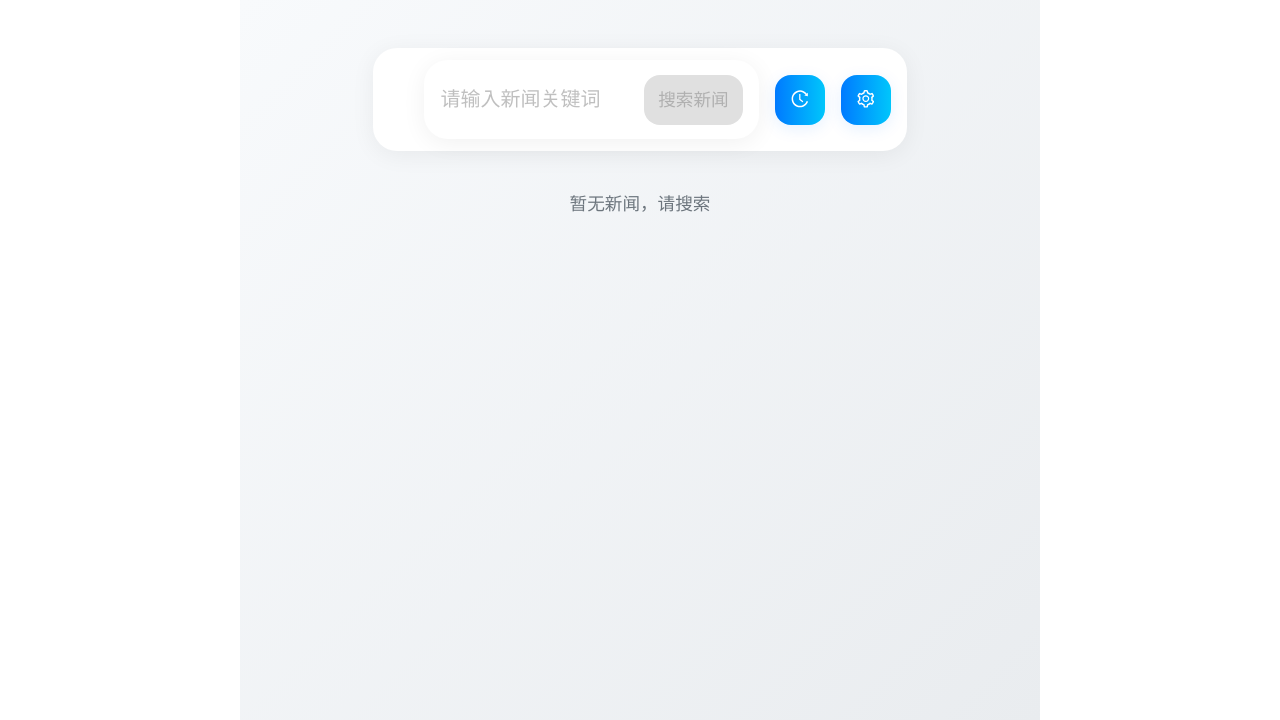
Repository: XJN7197/NewsAssistantBaseMCP
Page: / (app in frontend/)
The author's editor kept a copy of each file at every save. The page is drawn from the files as they stood at one save, then again after the next save.
The browser window is 1280 px wide. The pictures show the whole page.
The project was rebuilt for these pictures with package versions that can differ from the ones it lists, and the page was loaded fresh each time. Also part of the build but not shown: frontend/vite.config.ts, frontend/src/components/NewsCard.tsx.

Above is the page before, as saved 2025-05-25 19:54:42.

### frontend/src/App.tsx
import { useState } from 'react'
import Home from './pages/Home'
import './App.css'

function App() {

  return (
    <>
      <Home/>
    </>
  )
}

export default App

### frontend/src/pages/Home.module.css
.home-container {
  height: 100vh;
  width: 800px;
  background: linear-gradient(135deg, #f8fafc 0%, #e9ecef 100%);
  display: flex;
  flex-direction: column;
  align-items: center;
  padding: 48px 0 48px 0; /* 调整了上下padding，左右padding设为0，因为内容区会通过max-width控制 */
  font-family: -apple-system, BlinkMacSystemFont, "Segoe UI", Roboto, "Helvetica Neue", Arial, "PingFang SC", "Hiragino Sans GB", "Microsoft YaHei", sans-serif;
}

.search-bar {
  display: flex;
  justify-content: flex-end;
  align-items: center;
  gap: 16px;
  position: sticky;
  top: 0;
  z-index: 1;
  background: #fff;
  border-radius: 24px;
  box-shadow: 0 4px 24px 0 rgba(0,0,0,0.06);
  padding: 12px 16px; /* 减小整体内边距 */
  width: 66.66%;
  max-width: none;
}

.search-bar input[type="text"] {
  flex: 1;
  border: none;
  outline: none;
  font-size: 1.25rem;
  background: transparent;
  color: #222;
  padding: 8px 12px; /* 调整输入框内边距 */
  margin: 0;
  box-sizing: border-box;
  border-radius: 8px; /* 添加圆角 */
  transition: background 0.2s;
}

/* 添加输入框悬停效果 */
.search-bar input[type="text"]:hover,
.search-bar input[type="text"]:focus {
  background: rgba(0, 0, 0, 0.02);
}
.search-bar button {
  height: 50px;
  background: linear-gradient(90deg, #007aff 0%, #00c6fb 100%);
  color: #fff;
  border: none;
  border-radius: 16px; /* 更大的圆角 */
  padding: 14px 36px; /* 增加了按钮padding */
  font-size: 1.1rem; /* 稍大字体 */
  font-weight: 500;
  cursor: pointer;
  transition: background 0.2s, box-shadow 0.2s;
  box-shadow: 0 4px 16px 0 rgba(0,122,255,0.10); /* 按钮阴影 */
}

.search-bar button:disabled {
  background: #e0e0e0;
  color: #b0b0b0;
  cursor: not-allowed;
  box-shadow: none;
}

.news-list-container { /* Renamed from .news-list */
  width: 66.66%; /* 宽度固定为视口宽度的2/3 */
  /* height: 1500px; 高度固定为1500px */
  max-width: none; /* 移除最大宽度限制 */
  margin-bottom: 40px;
  min-height: 180px; /* 最小高度，避免内容过少时塌陷 */
  display: flex;
  flex-direction: column;
  gap: 24px; /* 新闻卡片之间的间距 */
  overflow-y: auto; /* 添加垂直滚动 */
  /* 可以在这里添加新闻卡片的样式，或者为新闻卡片组件单独创建样式文件 */
}

/* 针对 news-list 中暂无新闻的提示文本样式 */
.news-list > div {
  color: #6c757d; /* 柔和的提示文字颜色 */
  font-size: 1.1rem;
  text-align: center;
  padding: 40px 0;
}

/* Styles for .news-card, .checkbox-container, .news-content, .news-title, .news-desc, .news-link are removed as Ant Design components handle them */

/* 错误消息样式 */
.error-message {
  color: #dc3545; /* 红色错误提示 */
  font-size: 1.1rem;
  text-align: center;
  padding: 40px 0;
}


.analyze-btn {
  margin-bottom: 32px;
}

.analyze-btn button {
  background: linear-gradient(90deg, #34e89e 0%, #0f3443 100%); /* 保持了之前的渐变色 */
  color: #fff;
  border: none;
  border-radius: 16px; /* 更大的圆角 */
  padding: 16px 48px; /* 增加了按钮padding */
  font-size: 1.2rem; /* 稍大字体 */
  font-weight: 600;
  cursor: pointer;
  transition: background 0.2s, box-shadow 0.2s;
  box-shadow: 0 4px 16px 0 rgba(52,232,158,0.10); /* 按钮阴影 */
}

.analyze-btn button:disabled {
  background: #e0e0e0;
  color: #b0b0b0;
  cursor: not-allowed;
  box-shadow: none;
}

/* Styles for .report-modal and its children are removed as Ant Design Modal component handles them */

### frontend/src/mock/newsData.ts
export const mockNewsData = {
    news_list: [
      {
        title: "Qwen引领AI前端技术革新：深度解析一句话开发网页的突破_模型_行业_创新",
        desc: "在人工智能快速发展的2025年，来自量子位的最新报道显示，AI技术正迎来前所未有的革新，尤其是在前端开发领域。由Qwen推出的“AI前端工程师”WebDev工具，以...",
        url: "https://news.sohu.com/a/893821748_121924584"
      },
      {
        title: "谷歌推Gemini2.5Pro模型，AI 助力前端开发与复杂编程",
        desc: "谷歌推Gemini2.5Pro模型#，AI 助力前端开发与复杂编程】5 月7 日消息，科技媒体The Decoder 昨日（5 月6 日）发布博文，报道称谷歌为预热今年的I/O...",
        url: "https://news.sina.com.cn/external/car/2025-05-07/doc-inevtine1324735.shtml"
      },
      {
        title: "前端程序员请注意！首个截图就能生成现代前端代码的AI来了 | 已开源",
        desc: "现在截图生成代码，已经来到了一个新高度——. ⾸个⾯向现代前端代码⽣成的多模态⼤模型解决⽅案，来了！ 而且是开源的那种。 前端程序员请注意！首个截图就能...",
        url: "https://www.qbitai.com/2025/02/258521.html"
      },
      {
        title: "AI包办79%代码，程序员饭碗不保，前端开发要凉，人类只配改Bug？",
        desc: "编码助手更偏向自动化。有79%的Claude Code对话可以被归为「自动化」，即AI直接完成任务，而不是与人类协作「增强」。相比之下，Claude.ai的对话中只有49%是...",
        url: "https://m.36kr.com/p/3271134281245063"
      },
      {
        title: "武汉烽火申请前后端协同开发方法专利，大大降低前后端耦合度",
        desc: "本文源自:金融界. 金融界2025年5月15日消息，国家知识产权局信息显示，武汉烽火信息集成技术有限公司申请一项名为“前后端协同开发方法、装置、设备及可...",
        url: "https://cj.sina.cn/articles/view/1704103183/65928d0f02007wlqg?froms=ggmp"
      }
    ]
  };

### frontend/src/mock/reportData.ts
// 模拟舆情分析报告数据
export const mockReportData = {
  report: `
  **分析时间：** 2025-05-22 20:48:32

  ---

  ## 📥 原始新闻内容

  ### 新闻1
  - **标题**: Qwen引领AI前端技术革新：深度解析一句话开发网页的突破_模型_行业_创新
  - **描述**: 在人工智能快速发展的2025年，来自量子位的最新报道显示，AI技术正迎来前所未有的革新，尤其是在前端开发领域。由Qwen推出的“AI前端工程师”WebDev工具，以...
  - **链接**: https://news.sohu.com/a/893821748_121924584

  ### 新闻2
  - **标题**: 谷歌推Gemini2.5Pro模型，AI 助力前端开发与复杂编程
  - **描述**: 谷歌推Gemini2.5Pro模型#，AI 助力前端开发与复杂编程】5 月7 日消息，科技媒体The Decoder 昨日（5 月6 日）发布博文，报道称谷歌为预热今年的I/O...
  - **链接**: https://news.sina.com.cn/external/car/2025-05-07/doc-inevtine1324735.shtml

  ### 新闻3
  - **标题**: 前端程序员请注意！首个截图就能生成现代前端代码的AI来了 | 已开源
  - **描述**: 现在截图生成代码，已经来到了一个新高度——. ⾸个⾯向现代前端代码⽣成的多模态⼤模型解决⽅案，来了！ 而且是开源的那种。 前端程序员请注意！首个截图就能...
  - **链接**: https://www.qbitai.com/2025/02/258521.html

  ### 新闻4
  - **标题**: AI包办79%代码，程序员饭碗不保，前端开发要凉，人类只配改Bug？
  - **描述**: 编码助手更偏向自动化。有79%的Claude Code对话可以被归为「自动化」，即AI直接完成任务，而不是与人类协作「增强」。相比之下，Claude.ai的对话中只有49%是...
  - **链接**: https://m.36kr.com/p/3271134281245063

  ### 新闻5
  - **标题**: 武汉烽火申请前后端协同开发方法专利，大大降低前后端耦合度
  - **描述**: 本文源自:金融界. 金融界2025年5月15日消息，国家知识产权局信息显示，武汉烽火信息集成技术有限公司申请一项名为“前后端协同开发方法、装置、设备及可...
  - **链接**: https://cj.sina.cn/articles/view/1704103183/65928d0f02007wlqg?froms=ggmp

  ---

  ## 📊 分析结果

  ### 舆情分析报告
  **日期**：2025年5月
  **分析范围**：五篇关于AI与前端开发的新闻

  ---

  #### **一、情绪倾向分析**
  | 新闻编号 | 情绪倾向 | 原因说明 |
  |----------|----------|----------|
  | **新闻1** | **正面** | 强调Qwen的“革新”“突破”等词汇，突出AI技术对前端开发的赋能，传递积极创新信号。 |
  | **新闻2** | **正面** | 谷歌推出新模型推动“AI助力前端开发”，体现技术迭代的行业趋势，语气温和但积极。 |
  | **新闻3** | **正面** | 聚焦“首个截图生成代码”“开源”等关键词，展示AI工具的实用性和开放性，引发开发者关注。 |
  | **新闻4** | **负面** | 标题直接使用“饭碗不保”“要凉”等强烈词汇，讨论AI对程序员职业的冲击，情绪偏担忧。 |
  | **新闻5** | **正面** | 武汉烽火的专利申请聚焦“降低耦合度”技术优化，体现行业对效率提升的关注，属中性积极技术报道。 |

  ---

  #### **二、舆情总结**
  1. **技术革新主导正面情绪**
     - 多篇新闻聚焦AI在前端开发中的创新应用（如Qwen、Gemini2.5Pro、开源工具），强调效率提升、自动化开发等优势，反映行业对AI技术的期待与认可。
     - 专利申请（新闻5）进一步表明企业对技术优化的重视，传递积极发展趋势。

  2. **负面情绪集中于就业风险**
     - 新闻4通过“79%代码由AI包办”“程序员饭碗不保”等表述，引发对AI替代人力的焦虑，负面情绪显著，但未否认技术价值。

  3. **行业矛盾与机遇并存**
     - 正面报道多关注技术突破，负面内容则反映人类与AI协作模式的争议，整体呈现“技术进步”与“职业担忧”的双重叙事。

  ---

  #### **三、建议**
  - **技术开发者**：关注AI工具的开源与迭代（如新闻3），同时提升复合技能以适应自动化趋势。
  - **企业与政策制定者**：平衡技术应用与就业保障，推动人机协作模式的探索。
  - **媒体传播**：客观呈现AI对行业的赋能与挑战，避免过度渲染负面情绪。

  **结论**：当前舆情以技术革新为核心积极主题，但需警惕AI对职业结构的潜在冲击，行业需在创新与人文关怀间寻求平衡。
`
}

### frontend/src/components/NewsSearch.tsx
import React from 'react';
import { Button as AntButton, Input } from 'antd';
import styles from '../pages/Home.module.css'; // 引入 Home.module.css 中的样式

interface NewsSearchProps {
  keyword: string;
  setKeyword: (keyword: string) => void;
  handleSearch: () => void;
  loading: boolean;
}

const NewsSearch: React.FC<NewsSearchProps> = ({
  keyword,
  setKeyword,
  handleSearch,
  loading,
}) => {
  return (
    <div className={styles['search-bar']}> {/* 使用 Home.module.css 中的样式 */}
      <Input
        placeholder="请输入新闻关键词"
        value={keyword}
        onChange={e => setKeyword(e.target.value)}
        onPressEnter={handleSearch} // 支持回车搜索
        style={{ flex: 1, fontSize: '1.25rem', padding: '12px 0' }} // 保持原有部分样式
      />
      <AntButton
        type="primary"
        onClick={handleSearch}
        loading={loading}
        disabled={!keyword}
        style={{ borderRadius: '16px', padding: '14px', fontSize: '1.1rem', fontWeight: 500 }} // 保持原有部分样式，并添加右边距
      >
        搜索新闻
      </AntButton>
    </div>
  );
};

export default NewsSearch;

### frontend/src/components/NewsList.tsx
import React from 'react';
import { List, Spin, Typography } from 'antd';
import NewsCard from './NewsCard';
import styles from '../pages/Home.module.css'; // 引入 Home.module.css 中的样式

const { Text } = Typography;

interface NewsListProps {
  newsList: any[]; // 根据实际新闻数据结构定义更精确的类型
  selectedNews: Set<number>;
  onItemChange: (id: number, checked: boolean) => void;
  loading: boolean;
}

const NewsList: React.FC<NewsListProps> = ({
  newsList,
  selectedNews,
  onItemChange,
  loading,
}) => {
  return (
    <div className={styles['news-list-container']}> {/* 使用 Home.module.css 中的样式 */}
      {loading && newsList.length === 0 && (
        <div style={{ textAlign: 'center', padding: '40px 0' }}>
          <Spin size="large" />
        </div>
      )}
      {!loading && newsList.length === 0 && (
        <div style={{ textAlign: 'center', color: '#6c757d', fontSize: '1.1rem', padding: '40px 0' }}>
          暂无新闻，请搜索
        </div>
      )}
      {newsList.length > 0 && newsList[0].error && (
        <div className={styles['error-message']}>{newsList[0].error}</div>
      )}
      {newsList.length > 0 && !newsList[0].error && (
        <List
          itemLayout="horizontal"
          dataSource={newsList}
          renderItem={item => (
            <NewsCard
              key={item.id}
              item={item}
              selectedNews={selectedNews}
              onItemChange={onItemChange}
            />
          )}
        />
      )}
    </div>
  );
};

export default NewsList;

### frontend/src/components/ReportModal.tsx
import React from 'react';
import { Modal, Button as AntButton, Spin, Typography } from 'antd';
import ReactMarkdown from 'react-markdown';
import remarkGfm from 'remark-gfm';

const { Title, Text } = Typography;

interface ReportModalProps {
  showReport: boolean;
  setShowReport: (show: boolean) => void;
  report: string | null;
  loading: boolean;
  handleDownload: () => void;
  setEmailModalVisible: (visible: boolean) => void;
}

const ReportModal: React.FC<ReportModalProps> = ({
  showReport,
  setShowReport,
  report,
  loading,
  handleDownload,
  setEmailModalVisible,
}) => {
  return (
    <Modal
      title={<Title level={3} style={{ textAlign: 'center', marginBottom: 0 }}>舆情分析报告</Title>}
      open={showReport}
      onCancel={() => setShowReport(false)}
      footer={[
        <AntButton
          key="download"
          onClick={handleDownload}
          disabled={!report}
          style={{ borderRadius: '12px', marginRight: '8px' }}
        >
          下载报告
        </AntButton>,
        <AntButton
          key="email"
          onClick={() => setEmailModalVisible(true)}
          disabled={!report}
          style={{ borderRadius: '12px', marginRight: '8px' }}
        >
          发送邮件
        </AntButton>,
        <AntButton key="close" type="primary" onClick={() => setShowReport(false)} style={{ borderRadius: '12px' }}>
          关闭
        </AntButton>
      ]}
      width="60vw"
      styles={{
        body: { maxHeight: '70vh', overflowY: 'auto', background: '#fff', padding: '24px 40px' },
        content: { zIndex: 1000 }
      }}
    >
      {loading && !report ? (
        <div style={{ textAlign: 'center', padding: '40px 0' }}>
          <Spin size="large" tip="分析报告生成中..." />
        </div>
      ) : report ? (
        <ReactMarkdown remarkPlugins={[remarkGfm]}>{report}</ReactMarkdown>
      ) : (
        <Text>报告生成中或无内容...</Text>
      )}
    </Modal>
  );
};

export default ReportModal;

### frontend/src/components/SettingsModal.tsx
import React from 'react';
import { Modal, Button as AntButton, Spin, Form, Input, Typography, message } from 'antd';

const { Title } = Typography;

interface SettingsModalProps {
  showSettings: boolean;
  setShowSettings: (show: boolean) => void;
  config: any; // 根据实际配置数据结构定义更精确的类型
  configLoading: boolean;
  fetchConfig: () => void;
  updateConfig: (values: any) => Promise<void>;
}

const SettingsModal: React.FC<SettingsModalProps> = ({
  showSettings,
  setShowSettings,
  config,
  configLoading,
  fetchConfig,
  updateConfig,
}) => {
  const [configForm] = Form.useForm();

  // 当弹窗打开时获取配置
  React.useEffect(() => {
    if (showSettings) {
      fetchConfig();
    }
  }, [showSettings, fetchConfig]);

  // 当 config 更新时设置表单值
  React.useEffect(() => {
    configForm.setFieldsValue(config);
  }, [config, configForm]);

  const handleSave = async () => {
    try {
      const values = await configForm.validateFields();
      await updateConfig(values);
    } catch (errorInfo) {
      console.error('Validate Failed:', errorInfo);
      message.error('请检查表单填写是否正确。');
    }
  };

  return (
    <Modal
      title={<Title level={3} style={{ textAlign: 'center', marginBottom: 0 }}>配置设置</Title>}
      open={showSettings}
      onCancel={() => setShowSettings(false)}
      footer={[
        <AntButton key="cancel" onClick={() => setShowSettings(false)} style={{ borderRadius: '12px' }}>
          取消
        </AntButton>,
        <AntButton key="submit" type="primary" loading={configLoading} onClick={handleSave} style={{ borderRadius: '12px' }}>
          保存
        </AntButton>,
      ]}
      width="50vw"
      styles={{ body: { maxHeight: '70vh', overflowY: 'auto', background: '#fff', padding: '24px 40px' } }}
    >
      {configLoading && Object.keys(config).length === 0 ? (
        <div style={{ textAlign: 'center', padding: '40px 0' }}>
          <Spin size="large" tip="加载配置中..." />
        </div>
      ) : (
        <Form
          form={configForm}
          layout="vertical"
          initialValues={config} // 使用状态中的配置作为初始值
        >
          {Object.keys(config).map(key => {
            let inputProps = {};

            // 根据不同字段设置不同的input type
            if (key === 'BASE_URL') {
              inputProps = { type: 'url', placeholder: '请输入有效的URL地址' };
            } else if (key === 'EMAIL_USER') {
              inputProps = { type: 'email', placeholder: '请输入有效的邮箱地址' };
            } else if (key === 'SMTP_SERVER') {
              inputProps = {
                type: 'text',
                placeholder: '请输入SMTP服务器地址',
                pattern: '^[a-zA-Z0-9][a-zA-Z0-9\-\.]+[a-zA-Z0-9]$'
              };
            }

            return (
              <Form.Item
                key={key}
                label={key}
                name={key}
                rules={[{ required: true, message: `请输入 ${key}!` }]} // 添加必填规则
              >
                <Input {...inputProps} />
              </Form.Item>
            );
          })}
        </Form>
      )}
    </Modal>
  );
};

export default SettingsModal;

### frontend/src/components/EmailModal.tsx
import React, { useState } from 'react';
import { Modal, Button as AntButton, Form, Input, message } from 'antd';

interface EmailModalProps {
  emailModalVisible: boolean;
  setEmailModalVisible: (visible: boolean) => void;
  report: string | null;
}

const EmailModal: React.FC<EmailModalProps> = ({
  emailModalVisible,
  setEmailModalVisible,
  report,
}) => {
  const [emailTo, setEmailTo] = useState('');
  const [emailSending, setEmailSending] = useState(false);
  const [form] = Form.useForm();

  // Reset form when modal opens
  React.useEffect(() => {
    if (emailModalVisible) {
      form.resetFields();
      setEmailTo(''); // Also reset local state
    }
  }, [emailModalVisible, form]);

  const handleSendEmail = async () => {
    if (!report || !emailTo) return;

    setEmailSending(true);
    try {
      const response = await fetch('http://localhost:8000/send_email', {
        method: 'POST',
        headers: {
          'Content-Type': 'application/json',
        },
        body: JSON.stringify({
          to: emailTo,
          subject: `舆情分析报告`,
          report_content: report
        }),
      });

      const data = await response.json();
      if (data.status === 'success') {
        message.success('邮件发送成功！');
        setEmailModalVisible(false);
      } else {
        message.error(`邮件发送失败: ${data.message}`);
      }
    } catch (error) {
      console.error("邮件发送失败:", error);
      message.error(`邮件发送失败: ${error}`);
    } finally {
      setEmailSending(false);
    }
  };

  return (
    <Modal
      title="发送分析报告到邮箱"
      open={emailModalVisible}
      onCancel={() => setEmailModalVisible(false)}
      footer={[
        <AntButton key="cancel" onClick={() => setEmailModalVisible(false)} style={{ borderRadius: '12px' }}>
          取消
        </AntButton>,
        <AntButton
          key="send"
          type="primary"
          loading={emailSending}
          onClick={handleSendEmail}
          disabled={!emailTo}
          style={{ borderRadius: '12px' }}
        >
          发送
        </AntButton>,
      ]}
    >
      <Form form={form} layout="vertical">
        <Form.Item
          label="收件人邮箱"
          name="email"
          rules={[
            { required: true, message: '请输入收件人邮箱!' },
            { type: 'email', message: '请输入有效的邮箱地址!' }
          ]}
        >
          <Input
            placeholder="请输入收件人邮箱"
            value={emailTo}
            onChange={e => setEmailTo(e.target.value)}
          />
        </Form.Item>
      </Form>
    </Modal>
  );
};

export default EmailModal;

Loaded but not shown: frontend/index.html (common file); frontend/src/main.tsx (common file); frontend/src/index.css (common file); frontend/src/App.css (common file); frontend/src/pages/Home.tsx (476 lines, source omitted)

After the next save:
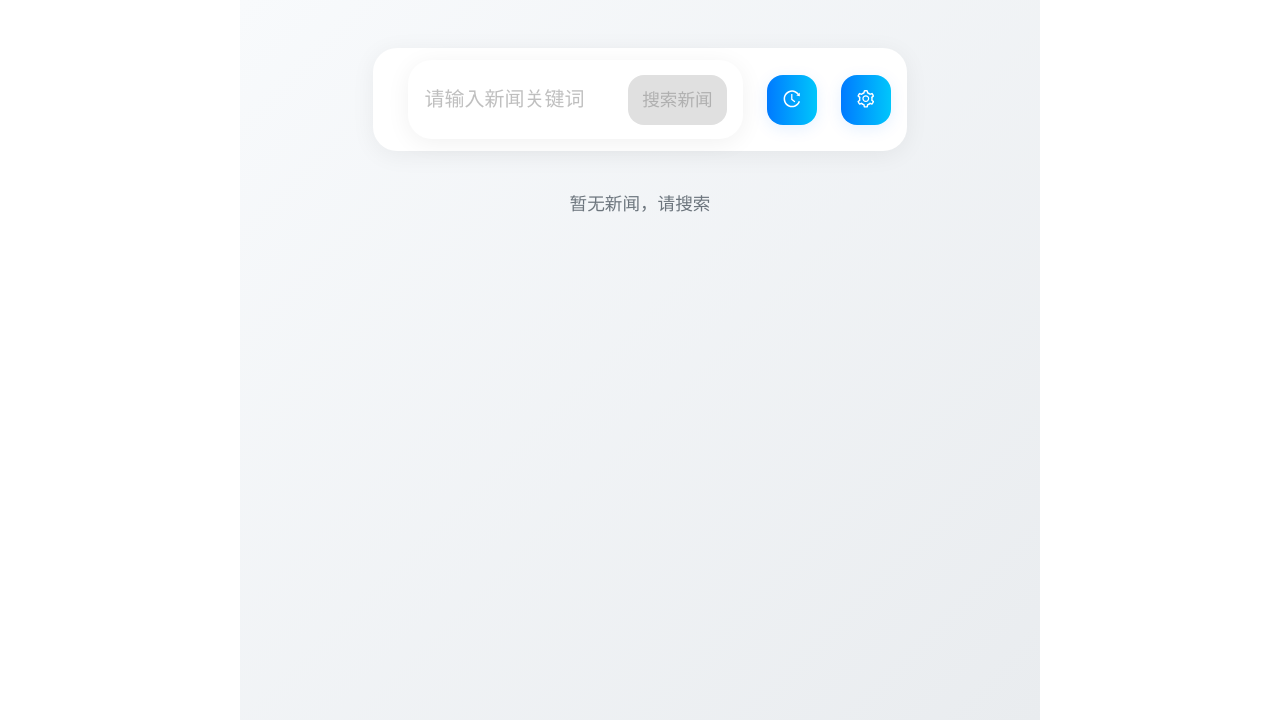
Saved 23 s later.
--- a/frontend/src/pages/Home.module.css
+++ b/frontend/src/pages/Home.module.css
@@ -13,7 +13,7 @@
   display: flex;
   justify-content: flex-end;
   align-items: center;
-  gap: 16px;
+  gap: 24px;
   position: sticky;
   top: 0;
   z-index: 1;
